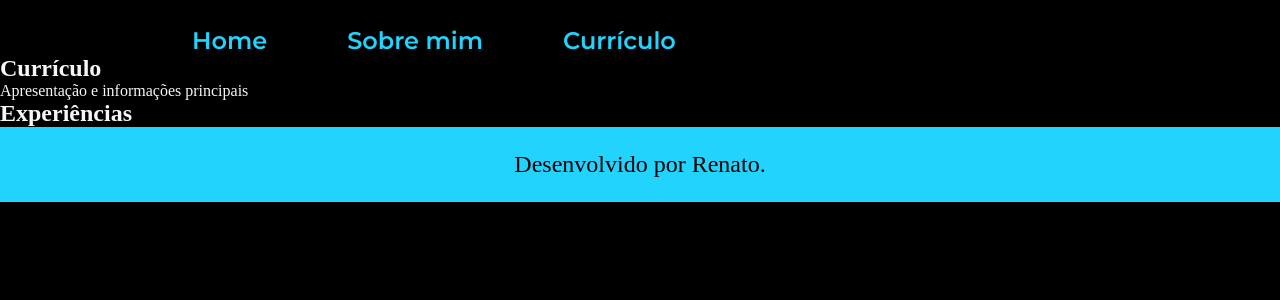
Repository: RenatoCCS/Portfolio_Alura
Page: curriculo.html
The author's editor kept a copy of each file at every save. The page is drawn from the files as they stood at one save, then again after the next save.
The browser window is 1280 px wide. The pictures show the whole page.
Some web fonts or font styles are not loaded; a fallback is used.

Above is the page before, as saved 2023-03-06 15:04:53.

### curriculo.html
<!DOCTYPE html>
<html lang="pt-br">
  <head>
    <meta charset="UTF-8" />
    <meta http-equiv="X-UA-Compatible" content="IE=edge" />
    <meta name="viewport" content="width=device-width, initial-scale=1.0" />
    <title>Currículo</title>
    <link rel="stylesheet" href="./styles/style.css" />
  </head>

  <body>
    <header class="cabecalho">
      <nav class="cabecalho__menu">
        <a class="cabecalho__menu__link" href="index.html">Home</a>
        <a class="cabecalho__menu__link" href="about.html">Sobre mim</a>
        <a class="cabecalho__menu__link" href="curriculo.html">Currículo</a>
      </nav>
    </header>

    <main>
      <section>
        <h1>Currículo</h1>
        <p>Apresentação e informações principais</p>

        <h2>Experiências</h2>
        <p></p>
      </section>
    </main>

    <footer class="rodape"><p>Desenvolvido por Renato.</p></footer>
  </body>
</html>

### styles/style.css
@import url('https://fonts.googleapis.com/css2?family=Krona+One&family=Montserrat:wght@400;600&display=swap');

* {
  margin: 0;
  padding: 0;
}

body {
  /* height: 100vh; */
  box-sizing: border-box;
  background-color: #000000;
  color: #f6f6f6;
}

.cabecalho {
  padding: 2% 0% 0% 15%;
}

.cabecalho__menu {
  display: flex;
  gap: 80px;
}

.cabecalho__menu__link {
  font-family: 'Montserrat', sans-serif;
  font-size: 24px;
  font-weight: 600;
  color: #22d4fd;
  text-decoration: none;
}

.apresentacao {
  padding: 5% 15%;
  display: flex;
  align-items: center;
  justify-content: space-between;
}

.apresentacao__conteudo {
  width: 615px;
  display: flex;
  flex-direction: column;
  gap: 40px;
}

.apresentacao__conteudo__titulo {
  font-size: 36px;
  font-family: 'Krona One', sans-serif;
}

.titulo-destaque {
  color: #22d4fd;
}

.apresentacao__conteudo__texto {
  font-size: 24px;
  font-family: 'Montserrat', sans-serif;
}

.apresentacao__links {
  display: flex;
  flex-direction: column;
  justify-content: space-between;
  align-items: center;
  gap: 32px;
}

.apresentacao__links__subtitulo {
  font-family: 'Krona One', sans-serif;
  font-weight: 400;
  font-size: 24px;
}

.apresentacao__links__link {
  /* background-color: #22d4fd; foi trocado o estilo*/
  display: flex;
  justify-content: center;
  gap: 16px;
  border: 2px solid #22d4fd;
  width: 378px;
  text-align: center;
  border-radius: 8px;
  font-size: 24px;
  font-weight: 600;
  padding: 21.5px 0;
  text-decoration: none;
  color: #f6f6f6;
  font-family: 'Montserrat', sans-serif;
}

.apresentacao__links__link:hover {
  background-color: #272727;
}

/*Utilizei minha foto e fui adaptando de acordo com o tamanho da outra foto*/
.apresentacao__foto {
  height: 550px;
  width: 490px;
  left: 1032px;
  top: 253px;
  border-radius: 16px;
}

.rodape {
  padding: 24px;
  color: #000000;
  background-color: #22d4fd;
  text-align: center;
  font-family: 'Montserrat' sans-serif;
  font-size: 24px;
  font-weight: 400;
}

After the next save:
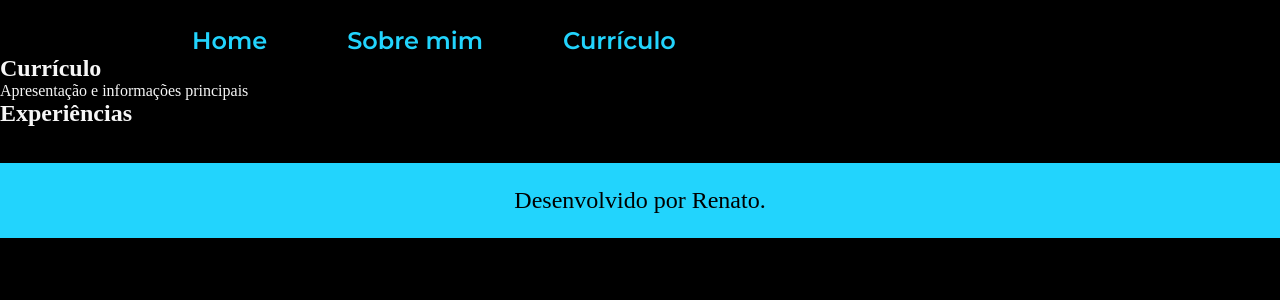
Saved 10 s later.
--- a/curriculo.html
+++ b/curriculo.html
@@ -23,7 +23,12 @@
         <p>Apresentação e informações principais</p>
 
         <h2>Experiências</h2>
-        <p></p>
+        <p>
+          <ul>
+            <li></li>
+            <li></li>
+          </ul>
+        </p>
       </section>
     </main>
 
